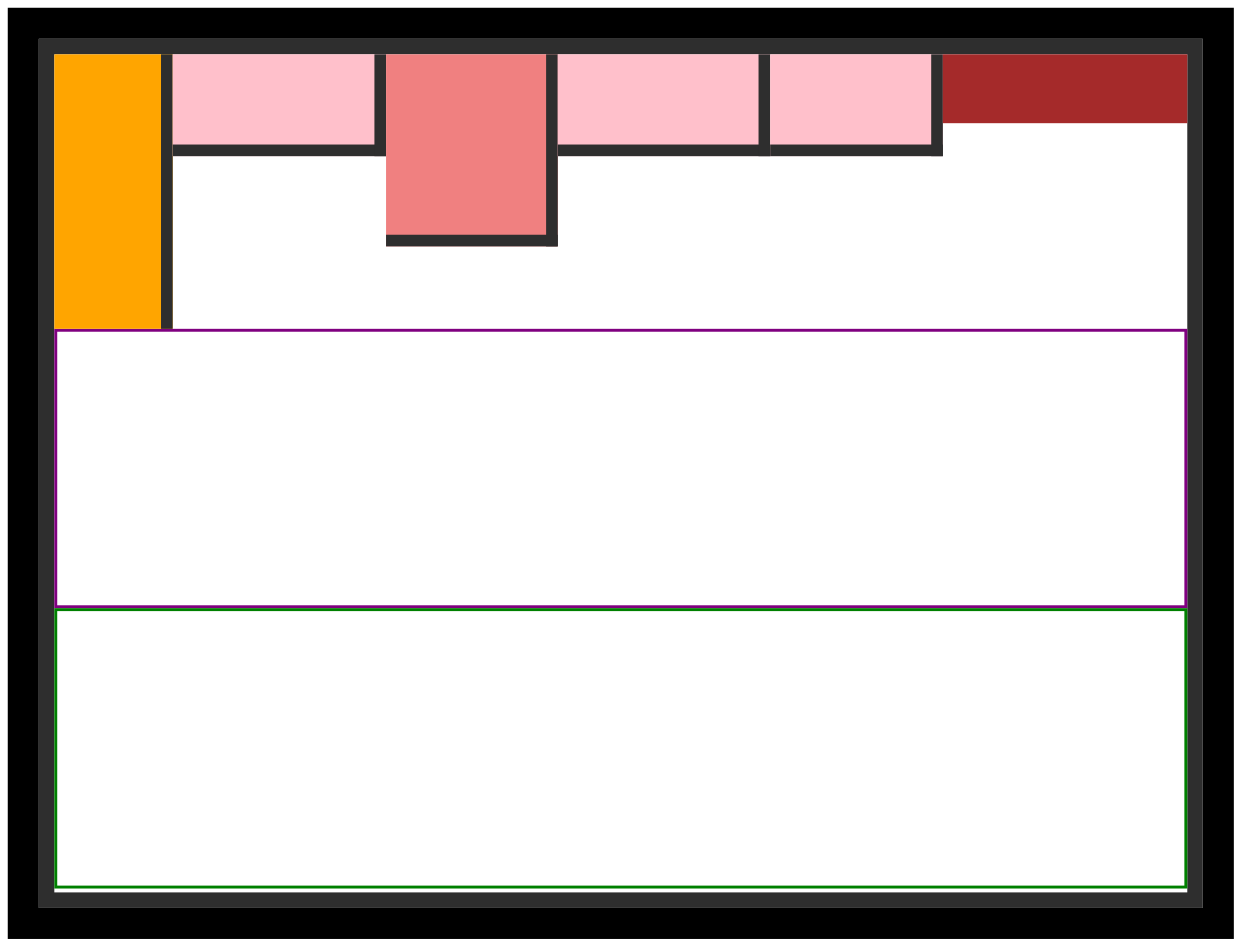
Repository: Tsardines/mondrian
Page: index.html
These files come from the project's save history. The page is drawn as it stood at one moment and after the next save; the edit follows.
The browser window is 1280 px wide. The pictures show the whole page, at 97% of full size.
Some web fonts or font styles are not loaded; a fallback is used.

Above is the page before, as saved 2019-10-20 16:23:19.

### index.html
<!DOCTYPE html>
<html>
  <head>
    <meta charset="UTF-8">
  <meta http-equiv="X-UA-Compatible" content="IE=edge,chrome=1">
  <meta name="viewport" content="width=device-width,initial-scale=1">
    <title>title</title>
  <meta name="author" content="name">
  <meta name="description" content="description here">
  <meta name="keywords" content="keywords,here">
  <link rel="stylesheet" href="//fonts.googleapis.com/css?family=font1|font2|etc" type="text/css">
  <link rel="stylesheet" href="styles.css" type="text/css">
  </head>
  <body>

    <div id="canvas">
        <div class="grid__container">
            <div class="grid__top">
                <div class="rect--vert"></div>
                <div class="rect--hori"></div>
                <div class="sq--hori"></div>
                <div class="rect--hori"></div>
                <div class="rect--hori--mini"></div>
                <div class="sq"></div>
            </div>
            <div class="grid__middle">



            </div>
            <div class="grid__bottom">



            </div>
    </div>
</div>

  </body>
</html>

### styles.css
#canvas {
    border: 2rem solid black;
    /* display: block; */
    height: 56rem;
}

.grid__container {
    border: 1rem solid rgb(46, 46, 46);
    height: 54rem;
}

.grid__top {
    /* border: 3px solid red; */
    display: flex;
    height: 32.7%;
}

.grid__middle {
    border: 3px solid purple;
    height: 32.7%;
}

.grid__bottom {
    border: 3px solid green;
    height: 32.7%;
}

.rect--vert {
    background-color: orange;
    border-right: 0.75rem solid rgb(46, 46, 46);
    height: 100%;
    width: 8rem;
}

.rect--hori {
    background-color: pink;
    border-bottom: 0.75rem solid rgb(46, 46, 46);
    border-right: 0.75rem solid rgb(46, 46, 46);
    height: 33%;
    width: 15rem;
}

.sq--hori {
    background-color: lightcoral;
    border-bottom: 0.75rem solid rgb(46, 46, 46);
    border-right: 0.75rem solid rgb(46, 46, 46);
    height: 66%;
    width: 12rem;
}

.rect--hori--mini {
    background-color: pink;
    border-bottom: 0.75rem solid rgb(46, 46, 46);
    border-right: 0.75rem solid rgb(46, 46, 46);
    height: 33%;
    width: 12rem;
}

.sq {
    background-color: brown;
    height: 25%;
    width: 25%;
}

After the next save:
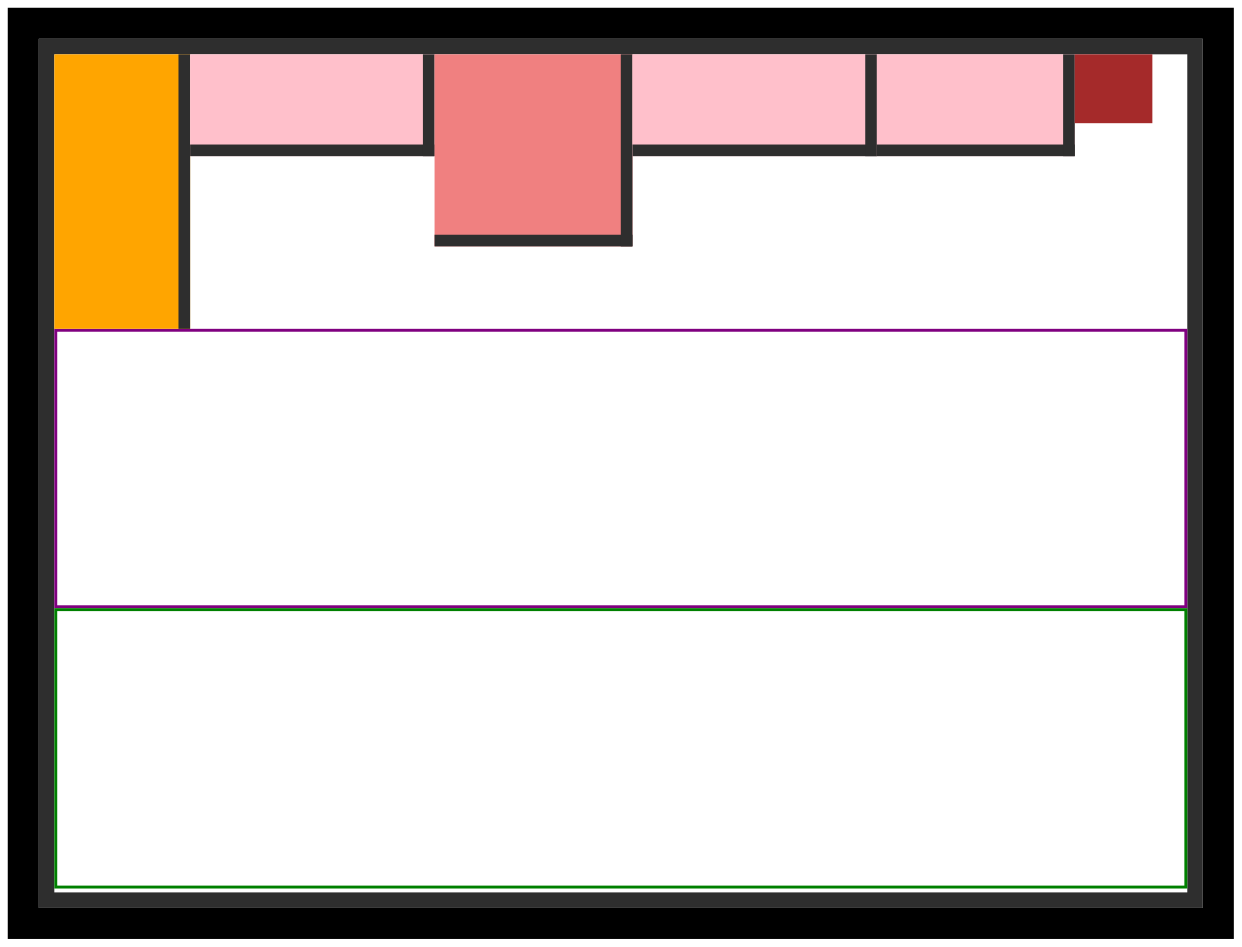
Saved 10 s later.
--- a/styles.css
+++ b/styles.css
@@ -59,5 +59,5 @@
 .sq {
     background-color: brown;
     height: 25%;
-    width: 25%;
+    width: 5rem;
 }
